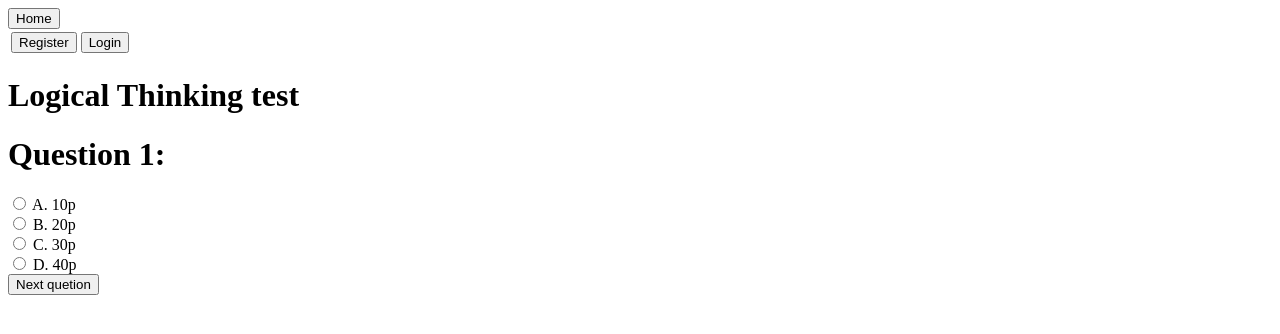
Repository: 1412554/EduSolution
Page: http://localhost/EduSolution/q1
The author's editor kept a copy of each file at every save. The page is drawn from the files as they stood at one save, then again after the next save.
The browser window is 1280 px wide. The pictures show the whole page.
The page is served by Tomcat 9. Queries for data that is not in the repository find no rows.

Above is the page before, as saved 2017-05-28 08:40:55.

After the next save:
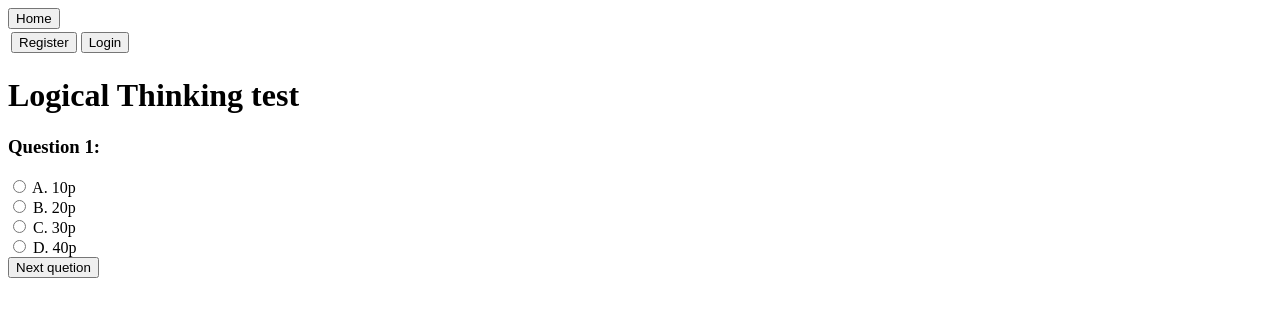
Saved 6 s later.
--- a/Eclipse workspace/EduSolution/WebContent/WEB-INF/views/q1.jsp
+++ b/Eclipse workspace/EduSolution/WebContent/WEB-INF/views/q1.jsp
@@ -9,7 +9,7 @@
   	<body>
   	<jsp:include page="account.jsp"></jsp:include>
   	<h1>Logical Thinking test</h1>
-  	<h1>Question 1:</h1>
+  	<h3>Question 1:</h3>
   	<form method="POST" action="q2">
   		<input type="radio" name="a1" value="a"> A. 10p<br>
   		<input type="radio" name="a1" value="b"> B. 20p<br>
